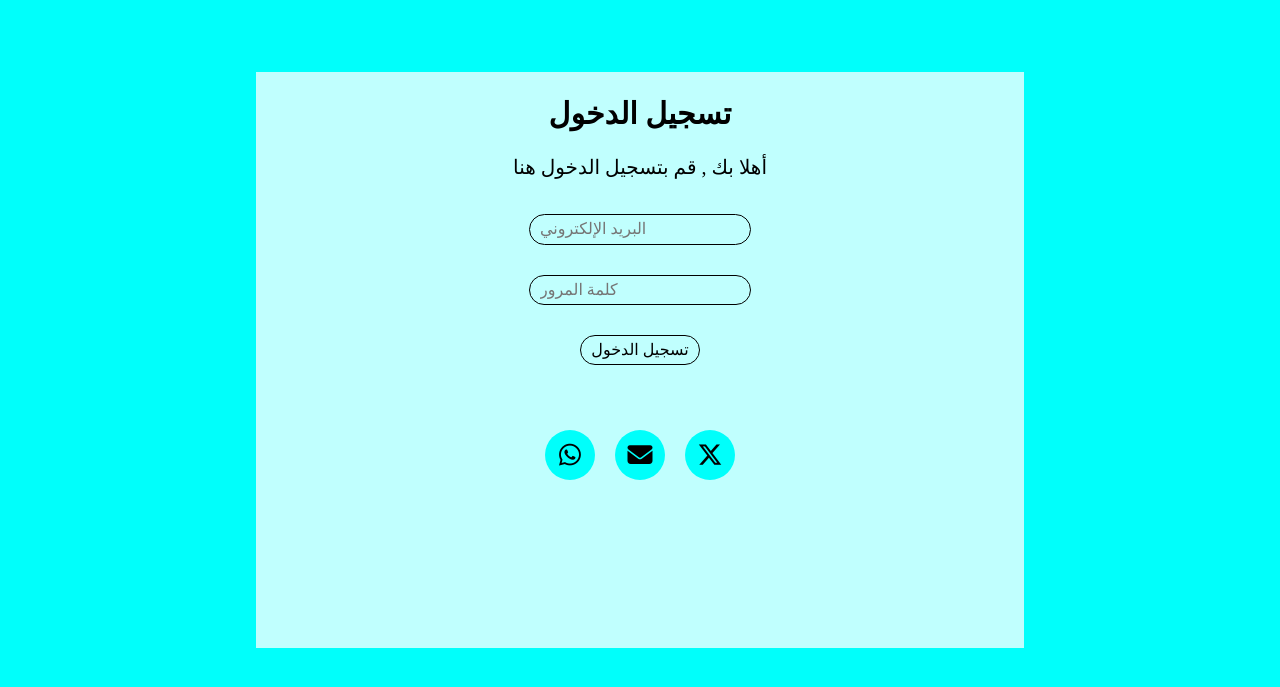
Repository: FaisalFahed/login-page
Page: html/صفحة تسجيل دخول.html
These files come from the project's save history. The page is drawn as it stood at one moment and after the next save; the edit follows.
The browser window is 1280 px wide. The pictures show the whole page.
Some web fonts or font styles are not loaded; a fallback is used.

Above is the page before, as saved 2025-04-01 08:48:22.

After the next save:
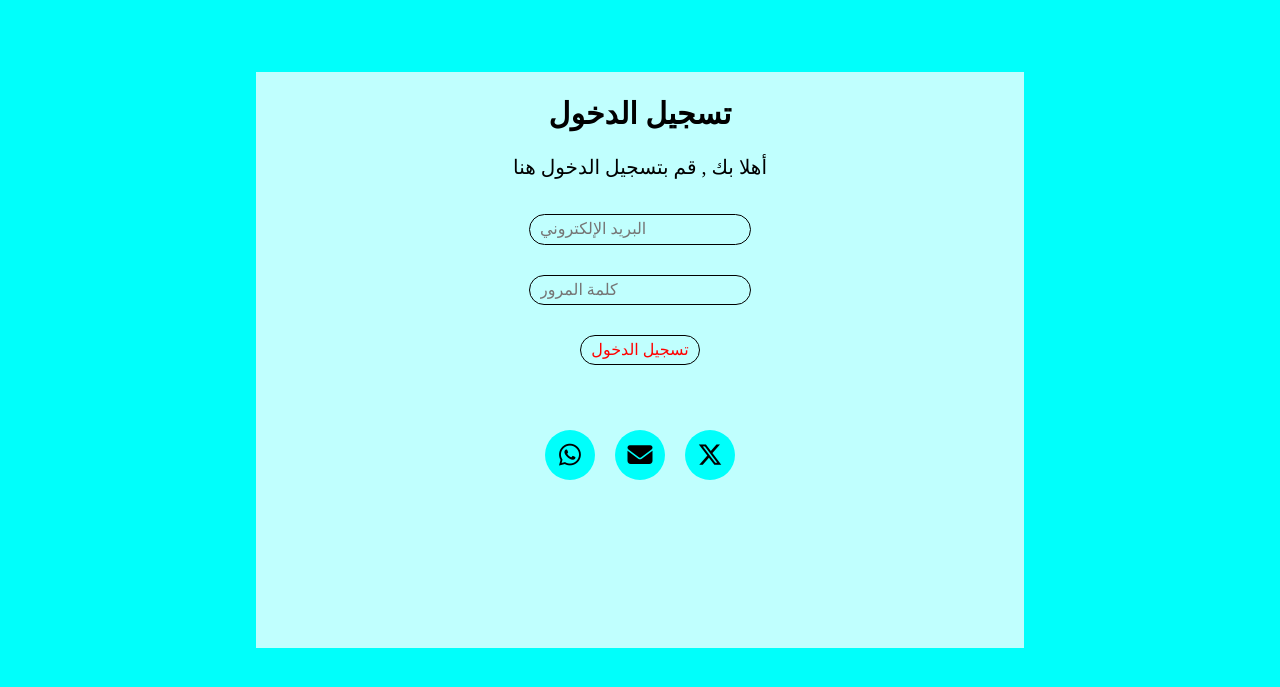
Saved 4 s later.
--- a/css/صفحة تسجيل دخول.css
+++ b/css/صفحة تسجيل دخول.css
@@ -66,7 +66,7 @@
     position: relative;
 }
 .log-in input[type="submit"]{
-    color: black;
+    color: red;
 }
 .icons ul{
     display: flex;

After the save that followed:
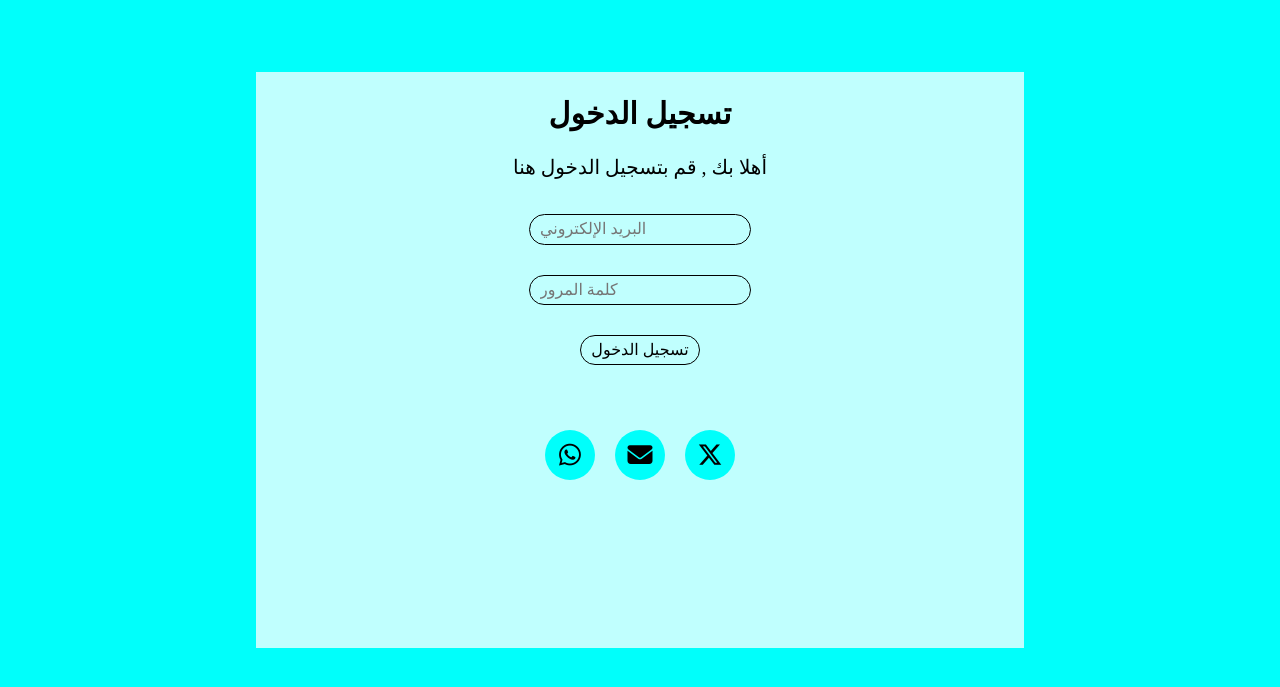
Saved 5 s later.
--- a/css/صفحة تسجيل دخول.css
+++ b/css/صفحة تسجيل دخول.css
@@ -66,7 +66,8 @@
     position: relative;
 }
 .log-in input[type="submit"]{
-    color: red;
+
+    mt
 }
 .icons ul{
     display: flex;
